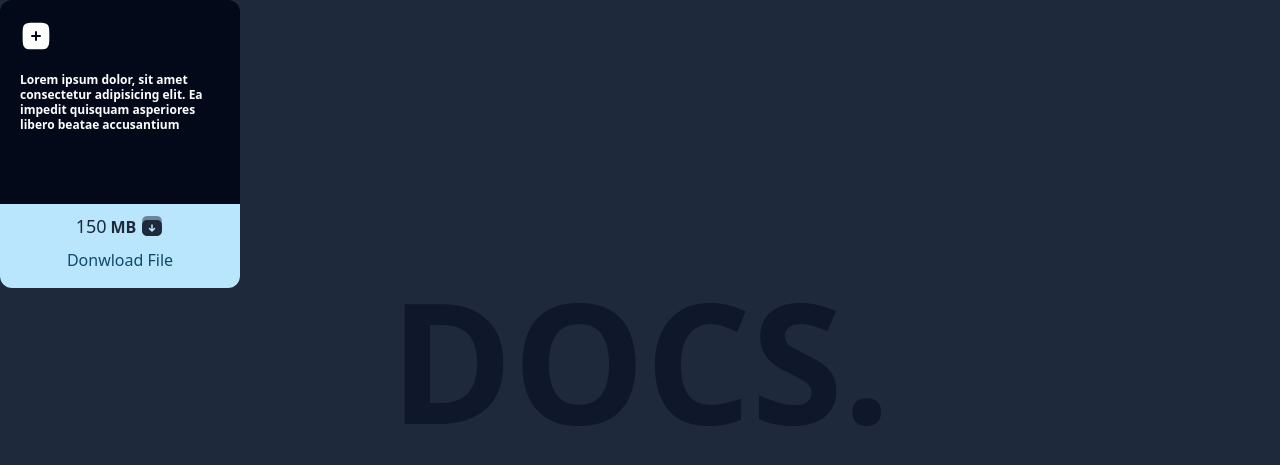
Repository: aliakbarmotallebi/framer-react
Page: /
These files come from the project's save history. The page is drawn as it stood at one moment and after the next save; the edit follows.
The browser window is 1280 px wide. The pictures show the whole page.
The project was rebuilt for these pictures with package versions that can differ from the ones it lists, and the page was loaded fresh each time.

Above is the page before, as saved 2024-08-14 18:44:43.

### src/App.js
import React from "react";
import Background from "./components/Background";
import Card from "./components/Card";

function App() {
  return (
    <div className="relative h-screen w-full bg-slate-800">
      <Background />
      <Card />
    </div>
  );
}

export default App;

### src/components/Background.jsx
import React from "react";

function Background() {
    return <h1 className="absolute left-1/2 top-1/2 -translate-x-[50%] -translate-y-[50%] text-[13vw] font-semibold text-slate-900">
    DOCS.
  </h1>
}

export default Background;

### src/components/Card.jsx
import React, { Component } from 'react';

class Card extends Component {
    render() {
        return (
            <div className="w-60 h-72 rounded-xl bg-slate-950/90 p-5 text-white relative overflow-hidden">
                <svg xmlns="http://www.w3.org/2000/svg" className="w-8 h-8" viewBox="0 0 24 24"><path fill="currentColor" fill-rule="evenodd" d="M12 22c-4.714 0-7.071 0-8.536-1.465C2 19.072 2 16.714 2 12s0-7.071 1.464-8.536C4.93 2 7.286 2 12 2s7.071 0 8.535 1.464C22 4.93 22 7.286 22 12s0 7.071-1.465 8.535C19.072 22 16.714 22 12 22m0-13.75a.75.75 0 0 1 .75.75v2.25H15a.75.75 0 0 1 0 1.5h-2.25V15a.75.75 0 0 1-1.5 0v-2.25H9a.75.75 0 0 1 0-1.5h2.25V9a.75.75 0 0 1 .75-.75" clip-rule="evenodd"/></svg>
                <p className="text-xs leading-tight mt-5 font-semibold">
                    Lorem ipsum dolor, sit amet consectetur adipisicing elit. Ea impedit quisquam asperiores libero beatae accusantium
                </p>
                <div className="footer absolute bottom-0 bg-sky-200 w-full py-2 left-0 text-center">
                    <div className="flex justify-center items-center w-full">
                        <p className="text-slate-800 text-lg">
                            150
                            <span className="font-bold px-1 text-base">
                                MB
                            </span>
                        </p>
                        <svg xmlns="http://www.w3.org/2000/svg" className="w-6 h-6 text-slate-800 " viewBox="0 0 24 24"><path fill="currentColor" d="M12 2c4.713 0 7.07 0 8.535 1.464c.757.758 1.123 1.754 1.3 3.192V10H2.164V6.656c.176-1.438.541-2.434 1.299-3.192C4.928 2 7.285 2 11.999 2" opacity="0.5"/><path fill="currentColor" fill-rule="evenodd" d="M2 14c0-2.8 0-4.2.545-5.27A5 5 0 0 1 4.73 6.545C5.8 6 7.2 6 10 6h4c2.8 0 4.2 0 5.27.545a5 5 0 0 1 2.185 2.185C22 9.8 22 11.2 22 14s0 4.2-.545 5.27a5 5 0 0 1-2.185 2.185C18.2 22 16.8 22 14 22h-4c-2.8 0-4.2 0-5.27-.545a5 5 0 0 1-2.185-2.185C2 18.2 2 16.8 2 14m10.75-3a.75.75 0 0 0-1.5 0v4.19l-1.22-1.22a.75.75 0 1 0-1.06 1.06l2.5 2.5a.75.75 0 0 0 1.06 0l2.5-2.5a.75.75 0 1 0-1.06-1.06l-1.22 1.22z" clip-rule="evenodd"/></svg>
                    </div>
                    <button className="text-sky-900 p-2 font-medium">
                        Donwload File
                    </button>
                </div>
            </div>
        );
    }
}

export default Card;

Loaded but not shown: public/index.html (common file); src/index.js (common file); src/index.css (common file); tailwind.config.js (common file)

After the next save:
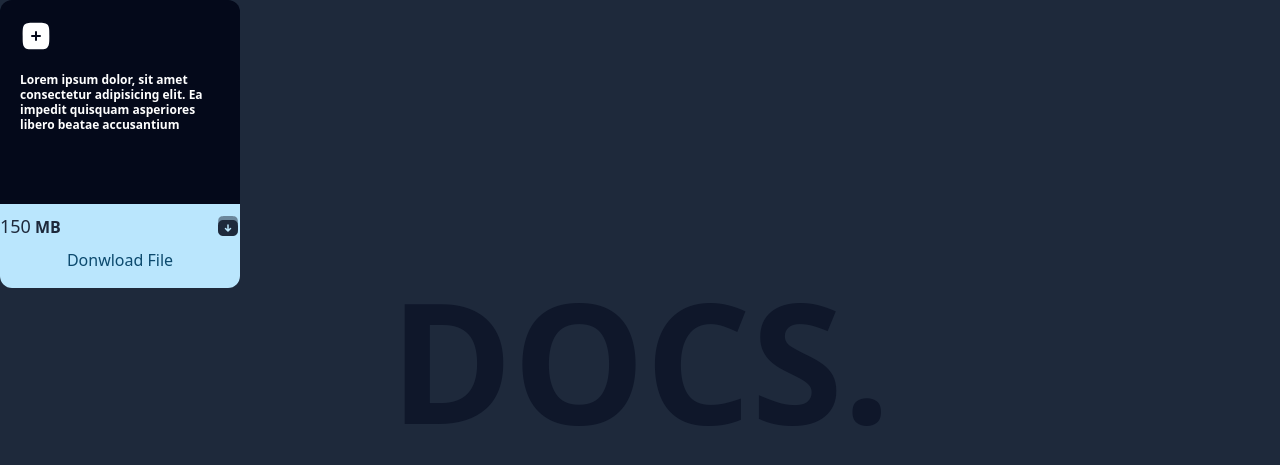
Saved 16 s later.
--- a/src/components/Card.jsx
+++ b/src/components/Card.jsx
@@ -9,7 +9,7 @@ class Card extends Component {
                     Lorem ipsum dolor, sit amet consectetur adipisicing elit. Ea impedit quisquam asperiores libero beatae accusantium
                 </p>
                 <div className="footer absolute bottom-0 bg-sky-200 w-full py-2 left-0 text-center">
-                    <div className="flex justify-center items-center w-full">
+                    <div className="flex justify-between items-center w-full">
                         <p className="text-slate-800 text-lg">
                             150
                             <span className="font-bold px-1 text-base">
